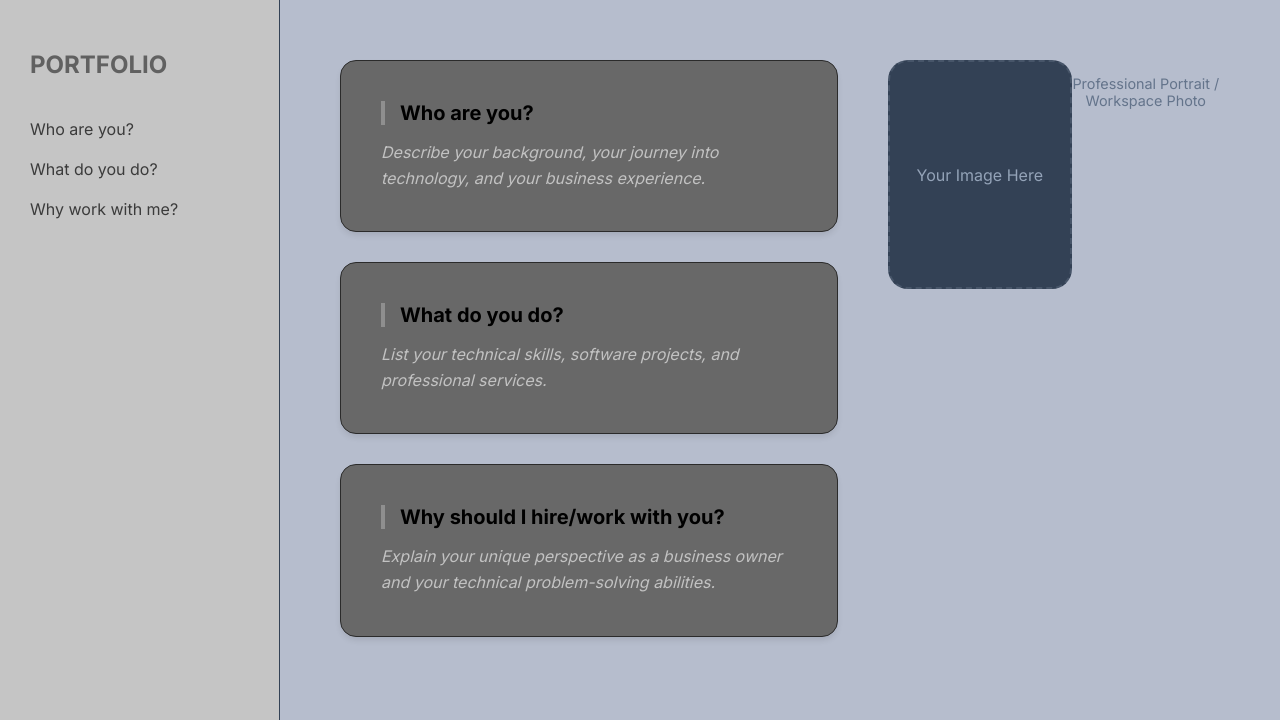
Repository: KevinSamaha/Kevin_Samaha
Page: index.html
The author's editor kept a copy of each file at every save. The page is drawn from the files as they stood at one save, then again after the next save.
The browser window is 1280 px wide. The pictures show the whole page.

Above is the page before, as saved 2026-05-03 16:25:34.

After the next save:
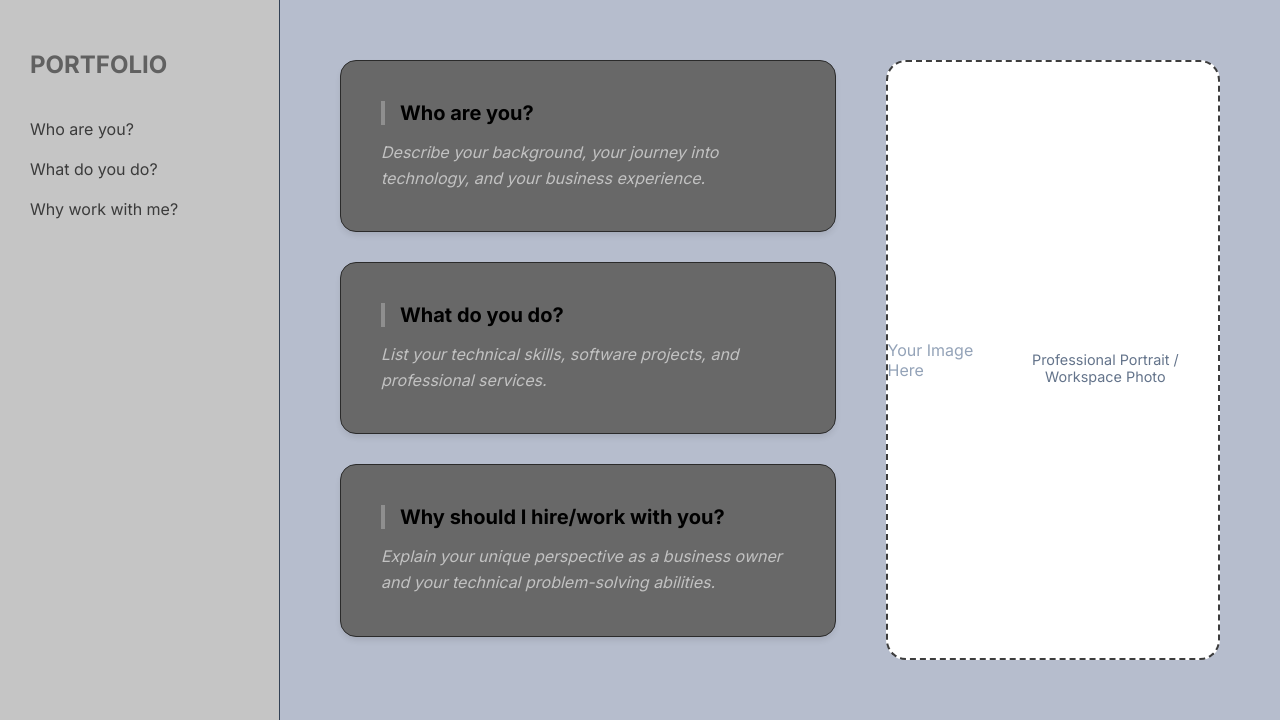
Saved 13 s later.
--- a/style.css
+++ b/style.css
@@ -94,26 +94,19 @@
 }
 
 /* Right Column: The Image Area */
-
 .image-column {
     flex: 0.8;
     display: flex;
     justify-content: center;
     align-items: flex-start;
-}
-
-.profile-container {
     width: 100%;
     max-width: 400px;
     position: sticky;
     top: 60px;
-}
-
-.profile-frame {
     width: 100%;
     aspect-ratio: 4 / 5;
-    background-color: #334155;
-    border: 2px dashed #475569;
+    background-color: #ffffff;
+    border: 2px dashed #3d3d3d;
     border-radius: 20px;
     display: flex;
     align-items: center;

After the save that followed:
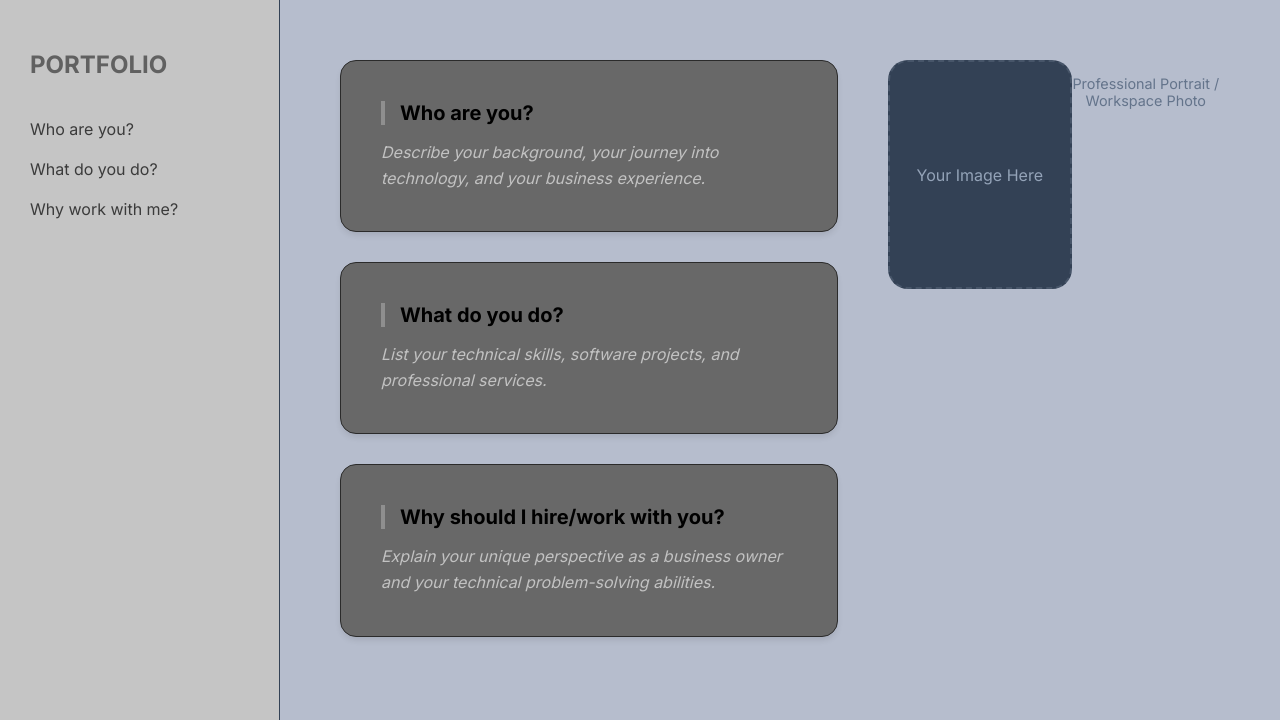
Saved 9 s later.
--- a/style.css
+++ b/style.css
@@ -94,19 +94,26 @@
 }
 
 /* Right Column: The Image Area */
+
 .image-column {
     flex: 0.8;
     display: flex;
     justify-content: center;
     align-items: flex-start;
+}
+
+.profile-container {
     width: 100%;
     max-width: 400px;
     position: sticky;
     top: 60px;
+}
+
+.profile-frame {
     width: 100%;
     aspect-ratio: 4 / 5;
-    background-color: #ffffff;
-    border: 2px dashed #3d3d3d;
+    background-color: #334155;
+    border: 2px dashed #475569;
     border-radius: 20px;
     display: flex;
     align-items: center;
